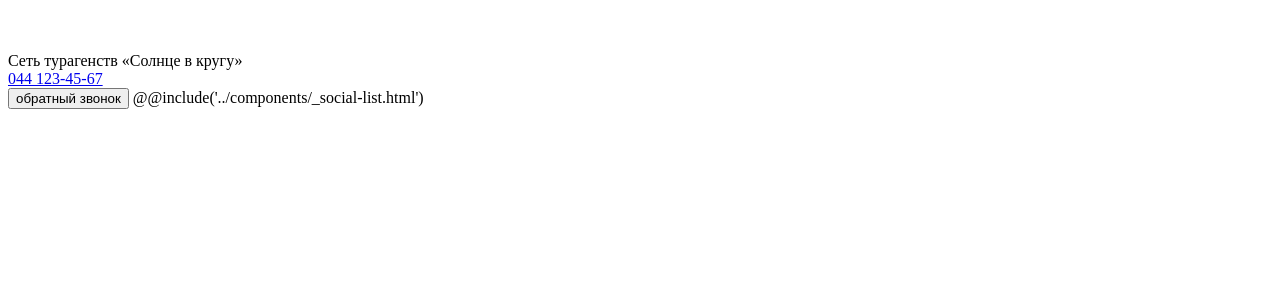
Repository: chekhunov/suntour
Page: app/html/components/_header.html
An editor plug-in stored every save of this project. The page is shown before and after the next save, followed by the edit.
The browser window is 1280 px wide. The pictures show the whole page.

Above is the page before, as saved 2021-03-15 15:56:16.

### app/html/components/_header.html
<header class="header">

  <div class="container">

    <div class="header__wrapper">

      <div class="header__inner">

        <a class="logo" href="#body">

          <img class="logo__img" src="/images/logo.png" alt="logo image">

        </a>

        <div class="header__title">

          Сеть турагенств «Солнце в кругу»

        </div>

      </div>

      <div class="header__inner">

        <a class="header__link" href="tel:+38044 123-45-67">
          044 123-45-67
        </a>

        <div class="backcall">



        </div>

        <button class="header__btn">
          обратный звонок
        </button>

        @@include('../components/_social-list.html')

      </div>

    </div>

  </div>

</header>

After the next save:
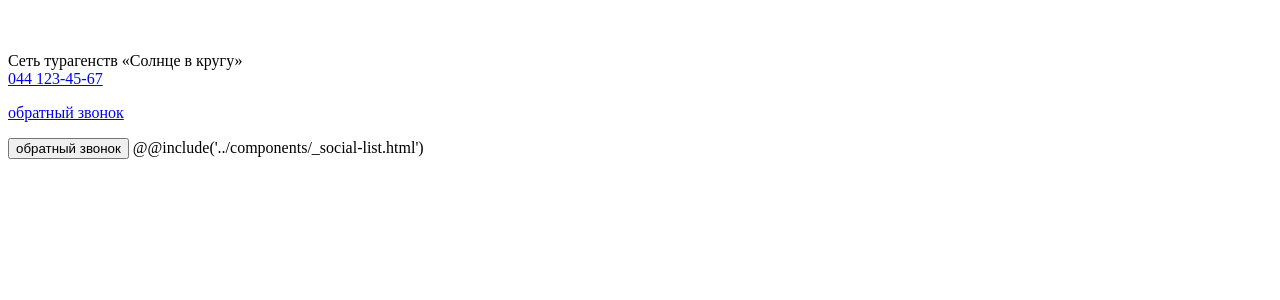
Saved 3 min 14 s later.
--- a/app/html/components/_header.html
+++ b/app/html/components/_header.html
@@ -28,6 +28,14 @@
 
         <div class="backcall">
 
+          <p class="header__modal">
+            <a class="header__modal-link" href="#backcall" rel="modal:open">
+
+              обратный звонок
+
+            </a>
+          </p>
+
 
 
         </div>
